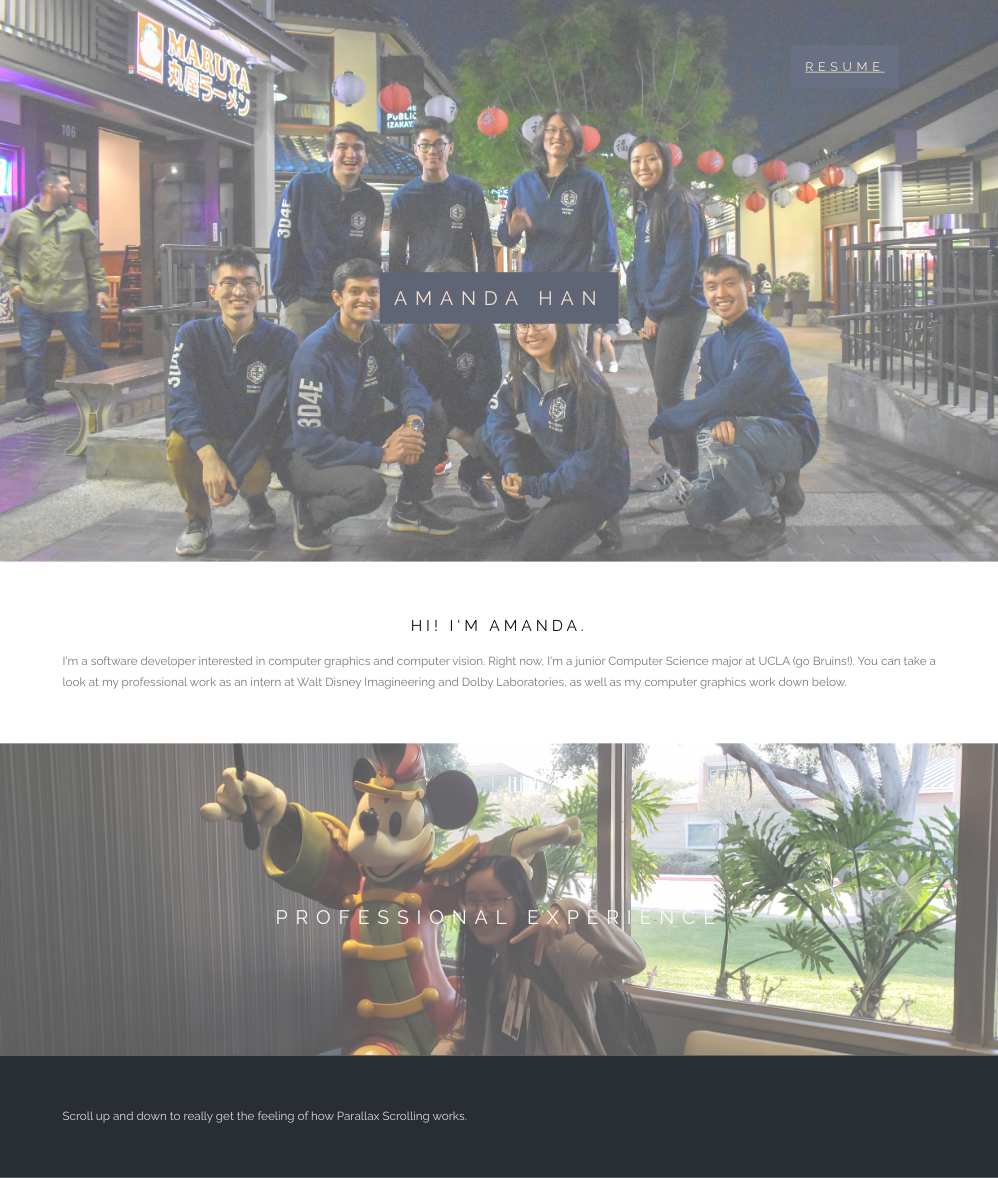
Repository: aliyuanh/me
Page: index.html
These files come from the project's save history. The page is drawn as it stood at one moment and after the next save; the edit follows.
The browser window is 1280 px wide. The pictures show the part of the page from y = 0 to 1510 px (the page is 2787 px tall), at 78% of full size.
Pictures or frames that could not be fetched are drawn as grey boxes.

Above is the page before, as saved 2020-09-17 12:22:23.

### index.html
<!DOCTYPE html>
<html>

<head>
    <link href="https://fonts.googleapis.com/css2?family=Raleway:ital,wght@0,100;0,400;1,400;1,500&display=swap" rel="stylesheet">
    <meta name="viewport" content="width=device-width, initial-scale=1">
    <style>
         :root {
            --oxford-blue: #0b132bff;
            --space-cadet: #1c2541ff;
            --cadet-blue: #4da1a9ff;
            --wheat: #edd4b2ff;
            --mountbatten-pink: #9a7aa0ff;
        }

        body,
        html {
            height: 100%;
            margin: 0;
            font: 400 15px/1.8 "Raleway", sans-serif;
            color: #777;
        }

        .bgimg-1,
        .bgimg-2,
        .bgimg-3 {
            position: relative;
            opacity: 0.65;
            background-attachment: fixed;
            background-position: center;
            background-repeat: no-repeat;
            background-size: cover;
        }

        .bgimg-1 {
            background-image: url("img/tokyo.jpg");
            min-height: 100%;
        }

        .bgimg-2 {
            background-image: url("img/imagineering.jpg");
            min-height: 400px;
        }

        .bgimg-3 {
            background-image: url("img/cmmnd.png");
            min-height: 400px;
        }

        .caption {
            position: absolute;
            left: 0;
            top: 50%;
            width: 100%;
            text-align: center;
            color: #000;
        }

        .caption span.border {
            background-color: var(--oxford-blue);
            color: var(--wheat);
            padding: 18px;
            font-size: 25px;
            letter-spacing: 10px;
        }

        h3 {
            letter-spacing: 5px;
            text-transform: uppercase;
            font: 20px "Raleway", sans-serif;
            color: #111;
        }
        /* Turn off parallax scrolling for tablets and phones */

        .toResume {
            top: 10%;
            width: 100%;
            right: 10%;
            text-align: right;
            color: #000;
            position: absolute;
        }

        .resumeButton {
            background-color: var(--space-cadet);
            color: var(--wheat);
            padding: 18px;
            font-size: 16px;
            letter-spacing: 6px;
        }

        @media only screen and (max-device-width: 1024px) {
            .bgimg-1,
            .bgimg-2,
            .bgimg-3 {
                background-attachment: scroll;
            }
        }
        /* CSS HEX */
    </style>
</head>

<body>

    <div class="bgimg-1">
        <div class="toResume">
            <a class="resumeButton" href="https://drive.google.com/file/d/1WPi9M0jbwAtVQjWsxIvFWxaKqeurGUjf/view?usp=sharing">RESUME</a>
        </div>
        <div class="caption">
            <span class="border">AMANDA HAN</span>
        </div>
    </div>

    <div style="color: #777;background-color:white;text-align:center;padding:50px 80px;text-align: justify;">
        <h3 style="text-align:center;">Hi! I'm Amanda.</h3>
        <p>I'm a software developer interested in computer graphics and computer vision. Right now, I'm a junior Computer Science major at UCLA (go Bruins!). You can take a look at my professional work as an intern at Walt Disney Imagineering and Dolby Laboratories,
            as well as my computer graphics work down below.
        </p>
    </div>

    <div class="bgimg-2">
        <div class="caption">
            <span class="border" style="background-color:transparent;font-size:25px;color: #f7f7f7;">PROFESSIONAL EXPERIENCE</span>
        </div>
    </div>

    <div style="position:relative;">
        <div style="color:#ddd;background-color:#282E34;text-align:center;padding:50px 80px;text-align: justify;">
            <p>Scroll up and down to really get the feeling of how Parallax Scrolling works.</p>
        </div>
    </div>

    <div class="bgimg-3">
        <div class="caption">
            <span class="border" style="background-color:transparent;font-size:25px;color: #f7f7f7;">SCROLL UP</span>
        </div>
    </div>

    <div style="position:relative;">
        <div style="color:#ddd;background-color:#282E34;text-align:center;padding:50px 80px;text-align: justify;">
            <p>Scroll up and down to really get the feeling of how Parallax Scrolling works.</p>
        </div>
    </div>

    <div class="bgimg-1">
        <div class="caption">
            <span class="border"><a href="mailto: aliyuanh@ucla.edu" style="color:#ddd ">Email me!</a></span>
        </div>
    </div>

</body>

</html>

After the next save:
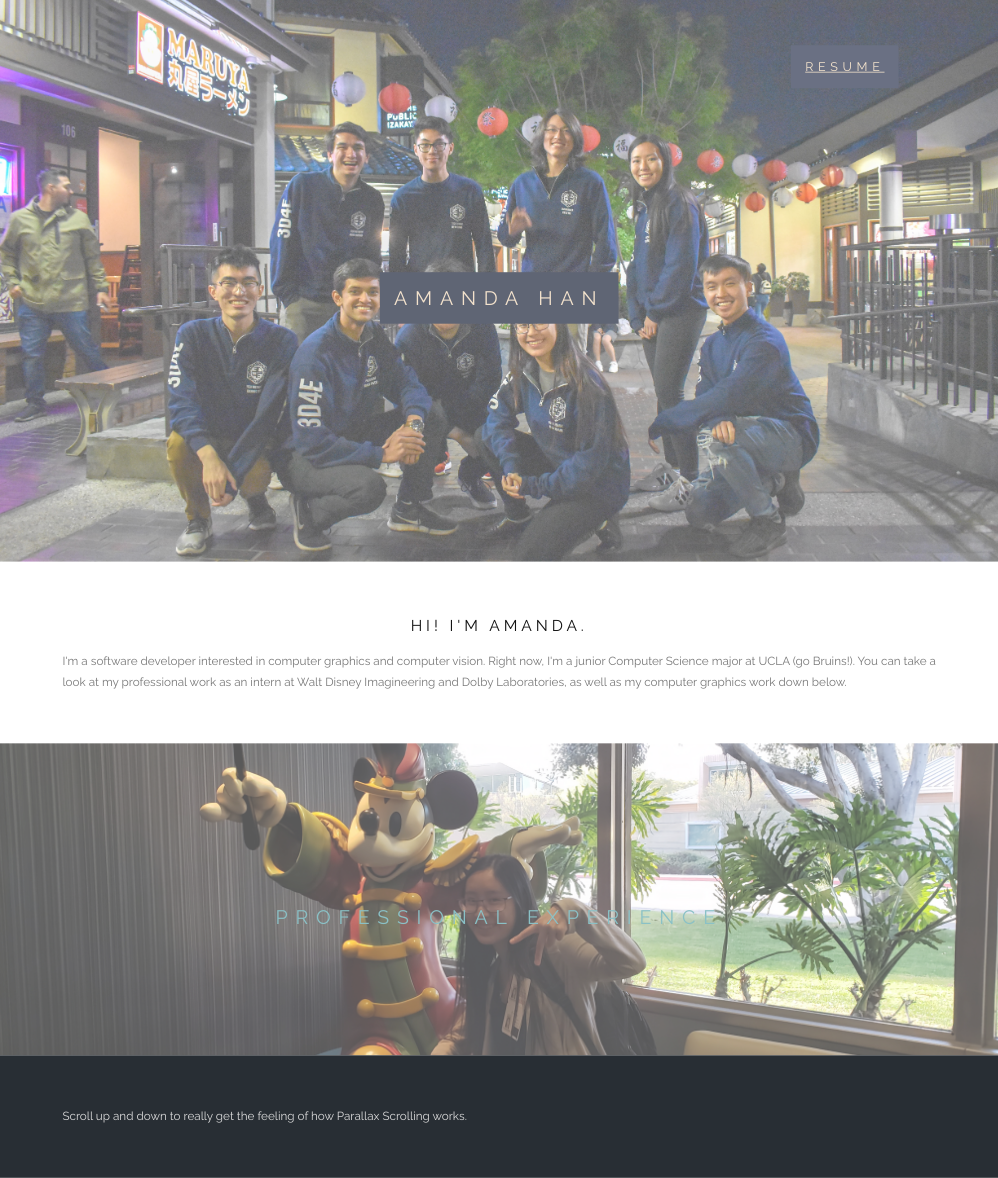
Saved 20 s later.
--- a/index.html
+++ b/index.html
@@ -120,7 +120,7 @@
 
     <div class="bgimg-2">
         <div class="caption">
-            <span class="border" style="background-color:transparent;font-size:25px;color: #f7f7f7;">PROFESSIONAL EXPERIENCE</span>
+            <span class="border" style="background-color:transparent;font-size:25px;color:var(--cadet-blue);">PROFESSIONAL EXPERIENCE</span>
         </div>
     </div>
 
